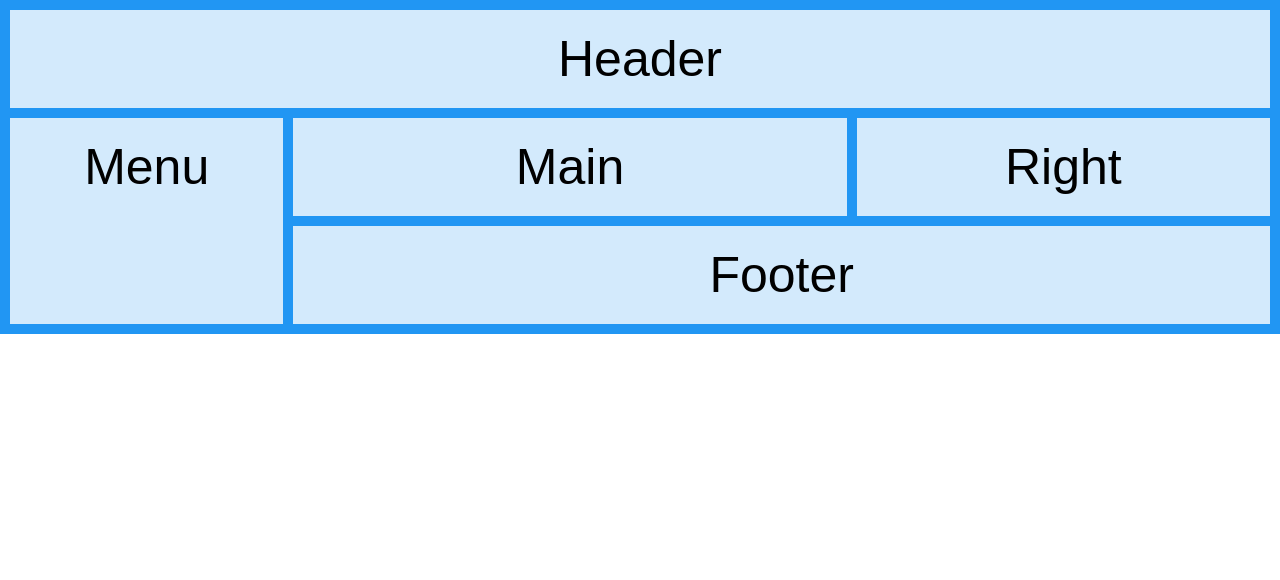
Repository: Khizanag/stinking-cucumbers
Page: html/index.html
These files come from the project's save history. The page is drawn as it stood at one moment and after the next save; the edit follows.
The browser window is 1280 px wide. The pictures show the whole page.
Some web libraries are served in a nearby version.

Above is the page before, as saved 2020-10-16 23:48:18.

After the next save:
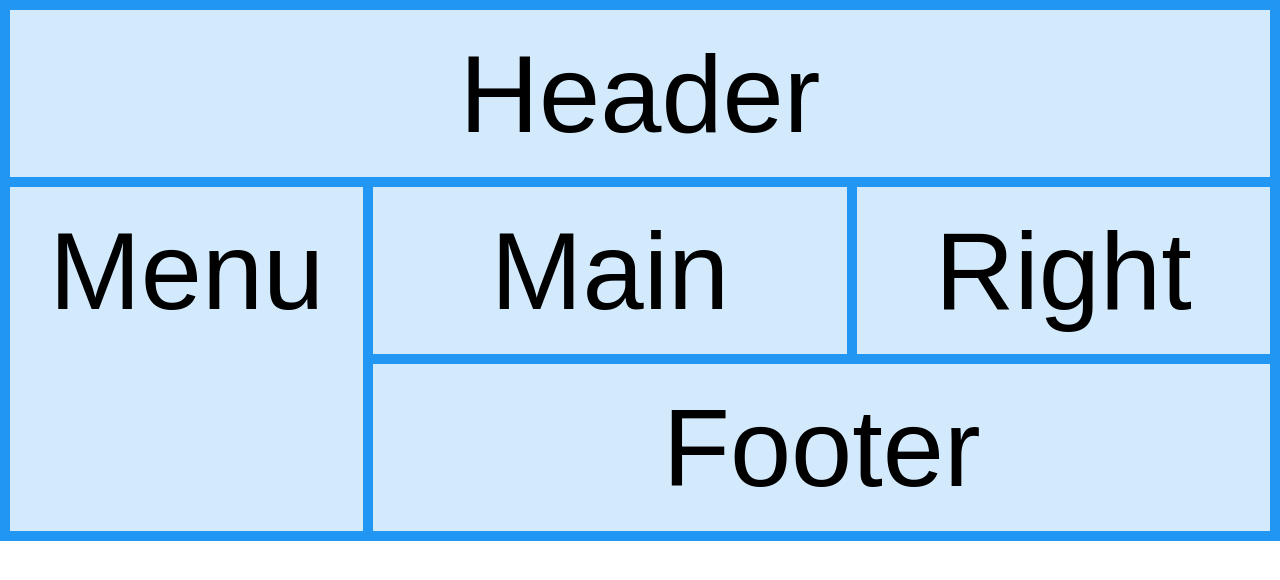
Saved 8 s later.
--- a/css/default-page.css
+++ b/css/default-page.css
@@ -41,7 +41,7 @@
     background-color: rgba(255, 255, 255, 0.8);
     text-align: center;
     padding: 20px 0;
-    font-size: 50px;
+    font-size: 110px;
 }
 
 .grid-container>div:hover {
